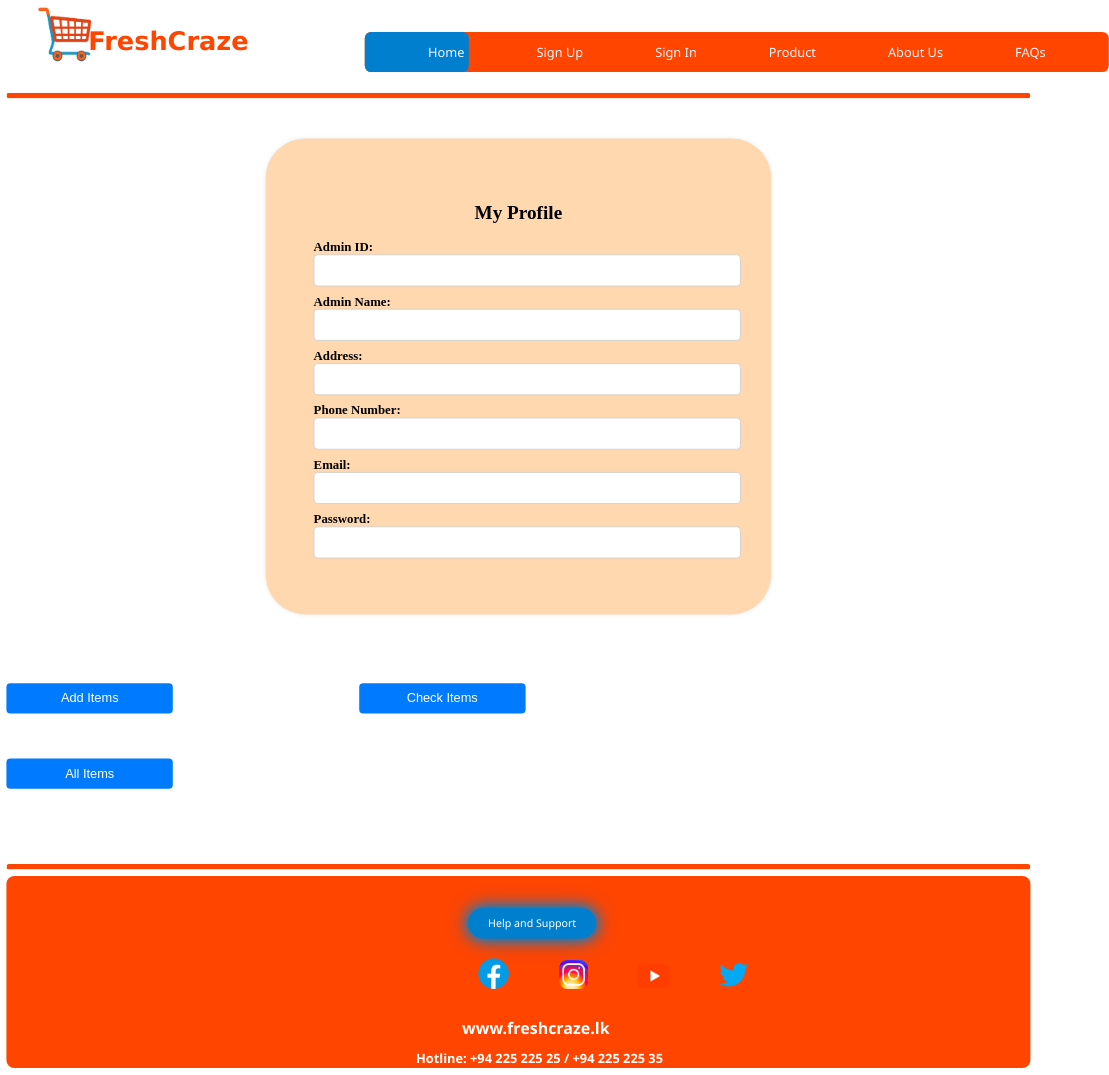
Repository: shanika2002/FreshCraze
Page: http://localhost/itemDem/profile.jsp
These files come from the project's save history. The page is drawn as it stood at one moment and after the next save; the edit follows.
The browser window is 1280 px wide. The page is 1386 px wide, so the pictures cover 1386 px, including what lies to the right of the window. The pictures show the whole page, at 80% of full size.
The page is served by Tomcat 9. Other server files are loaded and not shown. The template is opened directly, without the code that normally fills it, so the values that code supplies are empty.

Above is the page before, as saved 2024-05-11 08:33:47.

### itemDem/src/main/webapp/profile.jsp
<%@ page language="java" contentType="text/html; charset=ISO-8859-1"
	pageEncoding="ISO-8859-1"%>

<%@ taglib uri="http://java.sun.com/jsp/jstl/core" prefix="c"%>

<!DOCTYPE html>
<html>
<head>
<link rel="stylesheet" href="css/adminprofile.css">
<meta charset="ISO-8859-1">
<title>Insert title here</title>
</head>
<body>

	<img src="images\logo.png" class="logo">

	<h1 class="logo_topic">FreshCraze</h1>

	<nav class="navbar">
		<a href="index.jsp">Home</a> <a href="register.jsp">Sign Up</a> <a href="mainLogin.jsp">Sign
			In</a> <a href="addItem.jsp">Product</a> <a href="link">About Us</a> <a
			href="link">FAQs</a> <span></span>
	</nav>

	<hr class="topic_line">

<div class="container">
	<h2>My Profile</h2>

	<c:set var="ad" value="${admin}" />
	<div class="form-group">
		<label for="supplierid">Admin ID:</label> <input type="text"
			id="adminid" name="adminid" required value="${ad.id }">
	</div>
	<div class="form-group">
		<label for="suppliername">Admin Name:</label> <input type="text"
			id="adminname" name="adminname" required value="${ad.name }">
	</div>
	<div class="form-group">
		<label for="address">Address:</label> <input type="text" id="address"
			name="address" required value="${ad.address }">
	</div>
	<div class="form-group">
		<label for="phonenumber">Phone Number:</label> <input type="tel"
			id="phonenumber" name="phonenumber" pattern="[0-9]{10}" required
			value="${ad.phoneNumber }">
	</div>
	<div class="form-group">
		<label for="email">Email:</label> <input type="email" id="email"
			name="email" required value="${ad.email }">
	</div>
	<div class="form-group">
		<label for="password">Password:</label> <input type="password"
			id="text" name="password" required value="${ad.password }">
	</div>
</div>
	<br><br>

	<form action="addItem.jsp" method="post">
		<button type="submit">Add Items</button><br><br>
	</form>

	<form action="checkItem.jsp" method="post">
		<button type="submit">Check Items</button><br><br>
	</form>

	<form action="adminItem" method="post">
		<button type="submit">All Items</button><br><br>
	</form>

	<hr class="footer_line">

	<div class="footer">
		<a href="link" target="_blank">
			<button type="button" class="help_button">Help and Support</button>
		</a>

		<div class="fb_icon">
			<a href="https://www.facebook.com/" target="_blank"><img
				src="images/facebook.png"></a>
		</div>

		<div class="insta_icon">
			<a href="https://www.instagram.com/" target="_blank"><img
				src="images/insta.png"></a>
		</div>

		<div class="twitt_icon">
			<a href="https://www.twitter.com/" target="_blank"><img
				src="images/Twitter.png"></a>
		</div>

		<div class="yt_icon">
			<a href="https://www.youtube.com/" target="_blank"><img
				src="images/yt.png"></a>
		</div>
	</div>

	<div class="contacts">
		<h1 class="link">www.freshcraze.lk</h1>
		<h1>Hotline: +94 225 225 25 / +94 225 225 35</h1>
	</div>

</body>
</html>

### itemDem/src/main/webapp/css/adminprofile.css
@charset "ISO-8859-1";

body{
    background-color: #ffffff;
    background-repeat: no-repeat;
    background-attachment: fixed;
    background-position: center;
    width: 100%;
}

.logo{
    width: 70px;
    height: 70px;
    margin-left: 3%;
}

.logo_topic{
    font-family: verdana;
    margin-left: 8%;
    margin-top: -3.9%;
    color: orangered;
}

.navbar{
    margin-left:35%;
    margin-top:-4%;
    padding: 0;
    box-sizing: border-box;
    font-family: 'Segoe UI';
    display: flex;
    justify-content:center;
    align-items: center;
    min-height: 5vh;

    position:relative;
    background-color: orangered;
    border-radius: 8px;
    width: 930px;
    height: 50px;
    display: flex;
}

nav a{
    position: relative;
    display: inline-block;
    font-size: 1em;
    font-weight: 500;
    color: aliceblue;
    text-decoration: none;
    padding: 45px;
    z-index: 1;
}

nav span{
    position: absolute;
    top: 0;
    left: 0;
    width: 130px;
    height: 100%;
    background-color:rgb(0, 127, 206);
    border-radius: 8px;
    transition: .3s;
}

nav a:nth-child(1):hover~span{
    left: 0;
    width: 400;
}

nav a:nth-child(2):hover~span{
    left: 170px;
    width: 110px;
}

nav a:nth-child(3):hover~span{
    left:300px;
    width: 110px;
}

nav a:nth-child(4):hover~span{
    left: 450px;
    width: 150px;
}

nav a:nth-child(5):hover~span{
    left: 650px;
    width: 110px;
}

nav a:nth-child(6):hover~span{
    left: 805px;
    width: 125px;
}



.topic_line{
    border: none;
    margin-top: 2%;
    border-top: 7px solid orangered;
    border-radius: 10px;
}

.help_button{
    box-shadow:0 0 15px rgb(0, 127, 206),0 0 25px rgb(0, 127, 206);
    border: none;
    width: 160px;
    margin-left: 44%;
    font-family: 'Segoe UI';
    padding: 10px 12px;
    color: #ffffff;
    background-color:rgb(0, 127, 206);
    border-radius: 20px;
}

.help_button:hover{
    box-shadow: 0 0 25px rgb(0, 127, 206);
}

.fb_icon{
    margin-left: 560px;
    margin-top: 20px;
}

.insta_icon{
    margin-left: 660px;
    margin-top: -51px;
}

.yt_icon{
    margin-left: 760px;
    margin-top: -51px;
}

.twitt_icon{
    margin-left: 860px;
    margin-top: -51px;
}

.container {
    width: 40%;
    margin: 50px auto;
    background-color: #ffd8b0;
    padding: 60px;
    border-radius: 50px;
    box-shadow: 0 0 5px rgba(0, 0, 0, 0.1);
  }

  h2 {
    text-align: center;
  }

  form {
    width: 100%;
  }

  .form-group {
    margin-bottom: 10px;
  }

  .form-group label {
    display: block;
    font-weight: bold;
  }

  .form-group input[type="text"],
  .form-group input[type="email"],
  .form-group input[type="tel"],
  .form-group input[type="password"]{
    width: 100%;
    padding: 10px;
    border: 1px solid #ccc;
    border-radius: 5px;
    font-size: 16px;
  }


form {
    display: inline-block;
    width: calc(33.33% - 10px);
    margin-right: 20px;
}

button[type="submit"] {
    display: block;
    width: 50%;
    background-color: #007bff;
    color: #fff;
    padding: 10px 20px;
    border: none;
    border-radius: 5px;
    cursor: pointer;
    font-size: 16px;
    margin-bottom: 20px;
}

button[type="submit"]:hover {
    background-color: #0056b3;
}


.footer{
    height: 200px;
    background-color: orangered;
    padding-top: 40px;
    padding-left: 25px;
    border-radius: 10px;
}

.footer_line{
    border: none;
    margin-top: 3%;
    border-top: 7px solid orangered;
    border-radius: 10px;
}

.contacts{
    font-size: 8px;
    color:rgb(255, 255, 255);
    font-family: 'Segoe UI';
    margin-left: 40%;
    margin-top: -5%;
}

.link{
    font-size: 20px ;
    margin-top: -6%;
    margin-left: 7.5%;
}

After the next save:
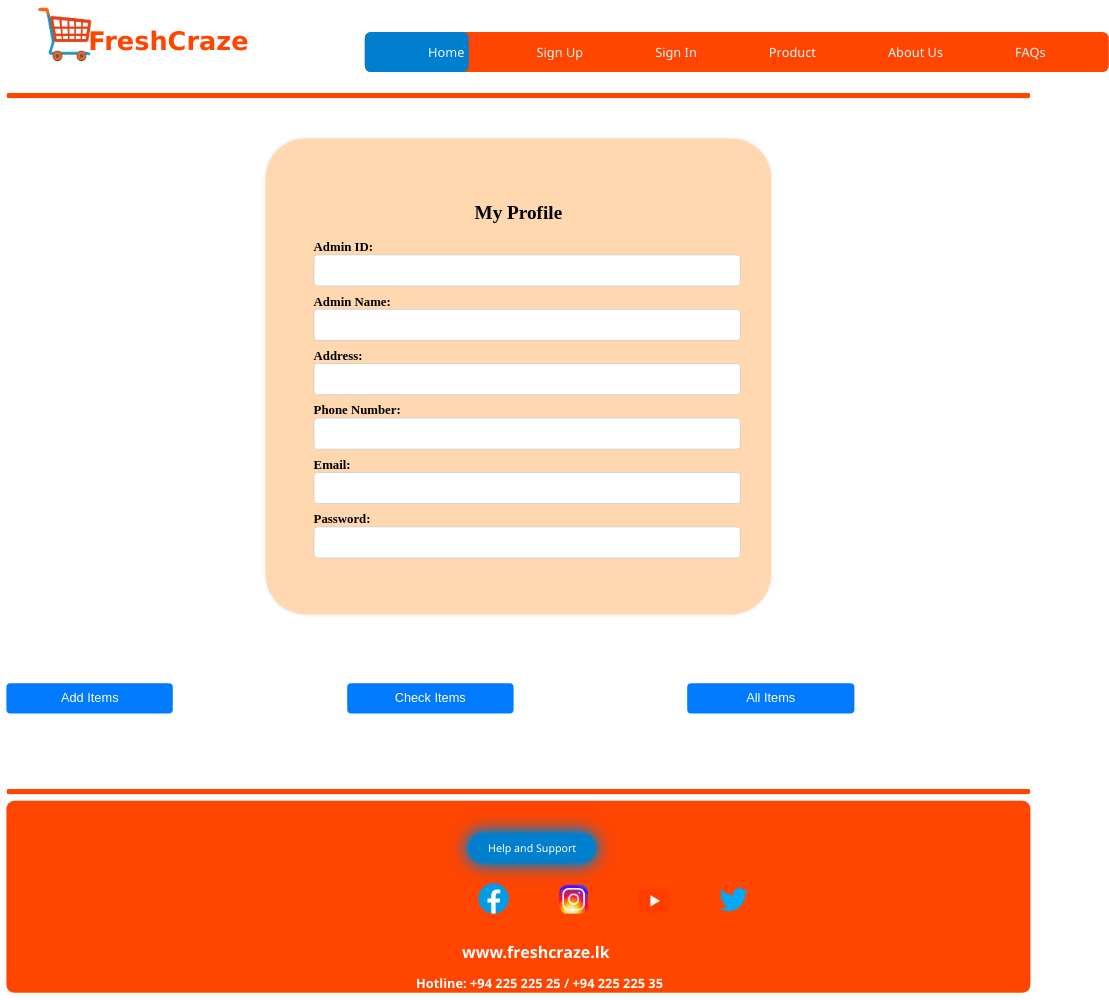
Saved 8 s later.
--- a/itemDem/src/main/webapp/css/adminprofile.css
+++ b/itemDem/src/main/webapp/css/adminprofile.css
@@ -178,7 +178,7 @@ nav a:nth-child(6):hover~span{
 form {
     display: inline-block;
     width: calc(33.33% - 10px);
-    margin-right: 20px;
+    margin-right: 5px;
 }
 
 button[type="submit"] {
